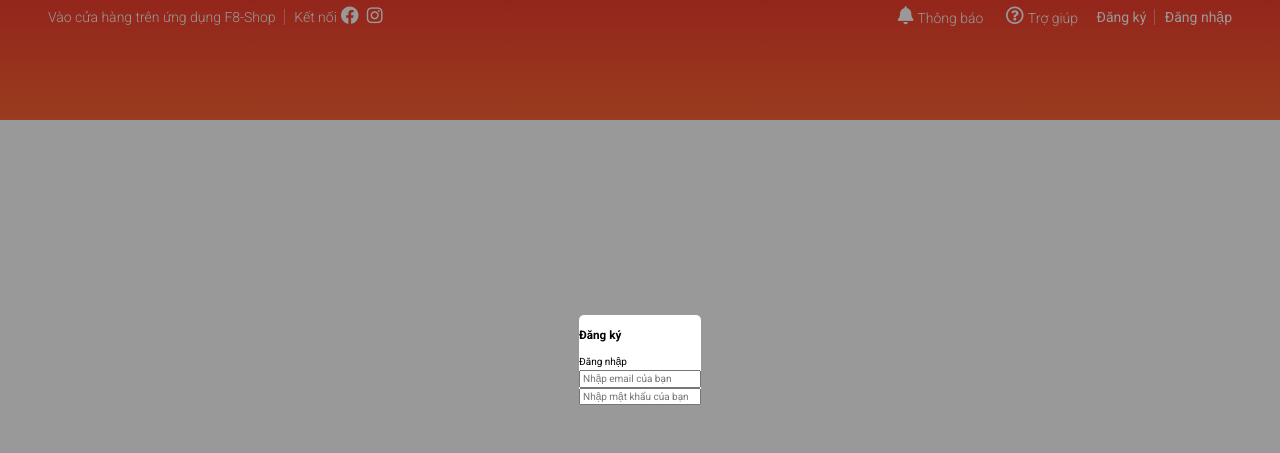
Repository: huynhnhan112/Shopee_Homepage
Page: index.html
An editor plug-in stored every save of this project. The page is shown before and after the next save, followed by the edit.
The browser window is 1280 px wide. The pictures show the whole page.

Above is the page before, as saved 2021-11-19 13:53:19.

### index.html
<!DOCTYPE html>
<html lang="en">

<head>
    <meta charset="UTF-8">
    <meta http-equiv="X-UA-Compatible" content="IE=edge">
    <meta name="viewport" content="width=device-width, initial-scale=1.0">
    <link rel="stylesheet" href="https://cdnjs.cloudflare.com/ajax/libs/normalize/8.0.1/normalize.min.css"
        integrity="sha512-NhSC1YmyruXifcj/KFRWoC561YpHpc5Jtzgvbuzx5VozKpWvQ+4nXhPdFgmx8xqexRcpAglTj9sIBWINXa8x5w=="
        crossorigin="anonymous" referrerpolicy="no-referrer" />
    <link rel="preconnect" href="https://fonts.googleapis.com">
    <link rel="preconnect" href="https://fonts.gstatic.com" crossorigin>
    <link href="https://fonts.googleapis.com/css2?family=Roboto:wght@100;300;400;500;700&display=swap" rel="stylesheet">
    <link rel="stylesheet" href="./assets/fonts/fontawesome-free-5.15.4/fontawesome-free-5.15.4-web/css/all.min.css">
    <link rel="stylesheet" href="./assets/css/base.css">
    <link rel="stylesheet" href="./assets/css/style.css">
    <title>F8 - Shop</title>
</head>

<body>
    <div class="app">
        <header class="header">
            <div class="grid">
                <nav class="header__navbar">
                    <ul class="header__navbar-list">
                        <li class="header__navbar-item header__navbar-item--qr header__navbar-item--separate">Vào cửa hàng trên ứng dụng F8-Shop
                            <div class="header__qr">
                                <img src="./assets/img/qr_code.png" alt="QR code" class="header__qr-img">
                                <div class="header__qr-apps">
                                    <a href="" class="header__qr-link">
                                        <img src="./assets/img/google_play.png" alt="Google Play" class="header__qr-download">
                                    </a>
                                    <a href="" class="header__qr-link">
                                        <img src="./assets/img/app_store.png" alt="App Store" class="header__qr-download">
                                    </a>
                                </div>
                            </div>
                        </li>
                        <li class="header__navbar-item">
                            <span class="header__navbar-title">Kết nối</span>
                            <a href="#" class="header__navbar-icon-link">
                                <i class="header__navbar-icon fab fa-facebook"></i>
                            </a>
                            <a href="#" class="header__navbar-icon-link">
                                <i class="header__navbar-icon fab fa-instagram"></i>
                            </a>
                        </li>
                    </ul>
                    <ul class="header__navbar-list">
                        <li class="header__navbar-item header__navbar-item--show-notify">
                            <a href="#" class="header__navbar-item-link">
                                <i class="header__navbar-icon fas fa-bell"></i>
                                Thông báo
                            </a>
                            <div class="header__notify">
                                <header class="header__notify-header">
                                    <h3>Thông Báo Mới Nhận</h3>
                                </header>
                                <ul class="header__notify-list">
                                    <li class="header__notify-item header__notify-item--viewed">
                                        <a href="" class="header__notify-link">
                                            <img src="https://img.abaha.vn/photos/origin/83-1586781803-myphamohui-lgvina.png" alt="" class="header__notify-img">
                                            <div class="header__notify-info">
                                                <span class="header__notify-name">Ohui chính thức ra mắt dòng son lì mới The First Genture Lipstick</span>
                                                <span class="header__notify-description">Một lần môi căng mềm, quyến rũ với sắc màu nổi bật luôn là điều mà các quý cô ao ước</span>
                                            </div>
                                        </a>
                                    </li>
                                    <li class="header__notify-item header__notify-item--viewed">
                                        <a href="" class="header__notify-link">
                                            <img src="https://img.abaha.vn/photos/origin/83-1586781803-myphamohui-lgvina.png" alt="" class="header__notify-img">
                                            <div class="header__notify-info">
                                                <span class="header__notify-name">Xác thực chính hãng nguồn gốc các sản phẩm Ohui</span>
                                                <span class="header__notify-description">HiddenTag là xác thực hàng chính hãng bằng công nghệ tiên tiến nhất hiện nay</span>
                                            </div>
                                        </a>
                                    </li>
                                    <li class="header__notify-item">
                                        <a href="" class="header__notify-link">
                                            <img src="https://img.abaha.vn/photos/origin/83-1586781803-myphamohui-lgvina.png" alt="" class="header__notify-img">
                                            <div class="header__notify-info">
                                                <span class="header__notify-name">Sale sốc bộ dưỡng Ohui The First tái tạo trả hóa da SALE OFF 70%</span>
                                                <span class="header__notify-description">Giá chỉ còn 375.000(giá gốc 1.250.000 vnđ)</span>
                                            </div>
                                        </a>
                                    </li>
                                </ul>
                                <footer class="header__notify-footer">
                                    <a href="" class="header__notify-footer-btn">Xem tất cả</a>
                                </footer>
                            </div>
                        </li>
                        <li class="header__navbar-item">
                            <a href="#" class="header__navbar-item-link">
                                <i class="header__navbar-icon far fa-question-circle"></i>
                                Trợ giúp
                            </a>
                        </li>
                        <li class="header__navbar-item header__navbar-item--strong header__navbar-item--separate">Đăng
                            ký</li>
                        <li class="header__navbar-item header__navbar-item--strong">Đăng nhập</li>
                    </ul>
                </nav>
            </div>
        </header>

        <div class="container">

        </div>

        <footer class="footer">

        </footer>
    </div>

    <!-- Modal Layout -->
    <div class="modal">
        <div class="modal__overclay"></div>
        <div class="modal__body">
            <div class="modal__inner">

                <!-- Authen form -->
                <div class="auth-form">
                    <div class="auth-form__header">
                        <h3 class="auth-form__heading">Đăng ký</h3>
                        <span class="auth-form__switch-btn">Đăng nhập</span>
                    </div>
                    <div class="auth-form__form">
                        <div class="auth-form__group">
                            <input type="text" class="auth-form__input" placeholder="Nhập email của bạn">
                        </div>
                        <div class="auth-form__group">
                            <input type="text" class="auth-form__input" placeholder="Nhập mật khẩu của bạn">
                        </div>
                    </div>
                </div>
            </div>
        </div>
    </div>
</body>

</html>

### assets/css/base.css
:root{
    --white-color: #fff;
    --black-color: #000;
    --text-color: #333;
    --primary-color: #ee4d2d;
}

*{
    box-sizing: inherit;
}

html{
    font-size: 62.5%;
    line-height: 1.6rem;
    font-family: 'Roboto', sans-serif;
    box-sizing: border-box;
}

.grid{
    width: 1200px;
    max-width: 100%;
    margin: 0 auto;
}

.grid__full_width{
    width: 100%;
}

.gid__row{
    display: flex;
    flex-wrap: wrap;
}

@keyframes fadeIn {
    from{
        opacity: 0;
    }
    to{
        opacity: 1;
    }
}

/* Modal */
.modal{
    position: fixed;
    top: 0;
    left: 0;
    right: 0;
    bottom: 0;
    display: flex;
}

.modal__overclay{
    position: absolute;
    width: 100%;
    height: 100%;
    background-color: rgba(0,0,0,0.4);
}

.modal__body{
    position: relative;
    background-color: var(--white-color);
    margin: auto;
    z-index: 1;
    border-radius: 5px;
}

### assets/css/style.css
.header{
    height: 120px;
    background-image: linear-gradient(0, #fe6433, #f53e2d);
}

.header__navbar{
    display: flex;
    justify-content: space-between;
    min-height: 26px;
}

.header__navbar-list{
    list-style: none;
    padding-left: 0;
    margin-top: 4px;
}

.header__navbar-item{
    margin: 0 8px;
    position: relative;
    min-height: 26px;
}

.header__navbar-item,
.header__navbar-item-link{
    display: inline-block;
    font-size: 1.4rem;
    color: var(--white-color);
    text-decoration: none;
    font-weight: 300;
}

.header__navbar-item,
.header__navbar-item-link,
.header__navbar-icon-link{
    display: inline-flex;
    align-items: center;
}

.header__navbar-item:hover,
.header__navbar-item-link:hover,
.header__navbar-icon-link:hover{
    color: rgba(255,255,255, 0.7);
    cursor: pointer;
}

.header__navbar-item--strong{
    font-weight: 400;
}

.header__navbar-item--separate::after{
    content: '';
    display: block;
    position: absolute;
    border-left: 1px solid #FB9086;
    height: 16px;
    right: -9px;
    top: 50%;
    transform: translateY(-50%);
}

.header__navbar-icon-link{
    color: var(--white-color);
    text-decoration: none;
}

.header__navbar-icon{
    font-size: 1.8rem;
    margin: 0 4px 5px;
}

.header__navbar-title{
    cursor: text;
    color: var(--white-color);
}

/* Header QR Code */
.header__qr{
    background-color: var(--white-color);
    width: 186px;
    position: absolute;
    left: 0;
    top: 160%;
    padding: 8px;
    border-radius: 2px;
    display: none;
    animation: fadeIn ease-in-out 0.3s;
}

.header__qr::before{
    content: '';
    position: absolute;
    display: block;
    width: 100%;
    height: 20px;
    top: -16px;
    left: 0;
}

.header__navbar-item--qr:hover .header__qr{
    display: block;
}

.header__qr-img{
    width: 100%;
}

.header__qr-apps{
    display: flex;
    justify-content: space-between;
}

.header__qr-link:first-child{
    margin-left: 11px;
}

.header__qr-link:last-child{
    margin-right: 11px;
}

.header__qr-download{
    height: 15px;
}

/* Header Notifycation */
.header__notify{
    position: absolute;
    top: 150%;
    right: 0;
    width: 404px;
    border: 1px solid #d3d3d3;
    background-color: var(--white-color);
    cursor: default;
    transform-origin: calc(100% - 20px) top;
    animation: headerNotify ease-in-out 0.3s;
    will-change: opacity, transform;
    display: none;
}

.header__notify::before{
    content: '';
    border: 20px solid;
    border-color: transparent transparent var(--white-color) transparent;
    position: absolute;
    right: 10px;
    top: -29px;
}

.header__notify::after{
    content: '';
    display: block;
    width: 90px;
    height: 20px;
    position: absolute;
    right: 0;
    top: -15px;
}

@keyframes headerNotify {
    from{
        transform: scale(0);
        opacity: 0;
    }
    to{
        transform: scale(1);
        opacity: 1;
    }
}

.header__navbar-item--show-notify:hover .header__notify{
    display: block;
}

.header__notify-header{
    height: 40px;
    background-color: var(--white-color);
}

.header__notify-header h3{
    color: #999;
    margin: 0 0 0 12px;
    font-weight: 400;
    font-size: 1.5rem;
    line-height: 40px;
    user-select: none;
}

.header__notify-list{
    padding-left: 0;
}

.header__notify-item{
    display: flex;
}

.header__notify-item:hover{
    background-color: #f7f7f7;
}

.header__notify-item--viewed{
    background-color: rgba(238,75,43,0.08);
}

.header__notify-link{
    display: flex;
    width: 100%;
    padding: 12px;
    text-decoration: none;
}

.header__notify-img{
    width: 48px;
    object-fit: contain;
}

.header__notify-info{
    margin-left: 1.2rem;
    /* line-height: 2.4rem; */
}

.header__notify-name{
    display: block;
    font-size: 1.4rem;
    color: var(--text-color);
    font-weight: 500;
    line-height: 1.8rem;
}

.header__notify-description{
    display: block;
    font-size: 1.2rem;
    color: #756f6e;
    font-weight: 400;
    margin-top: 0.4rem;
}

.header__notify-footer{
    text-align: center;
}

.header__notify-footer-btn{
    text-decoration: none;
    color: var(--text-color);
    padding: 16px 0;
    width: 100%;
    display: block;
    font-weight: 500;
}

Loaded but not shown: assets/fonts/fontawesome-free-5.15.4/fontawesome-free-5.15.4-web/css/all.min.css (library)

After the next save:
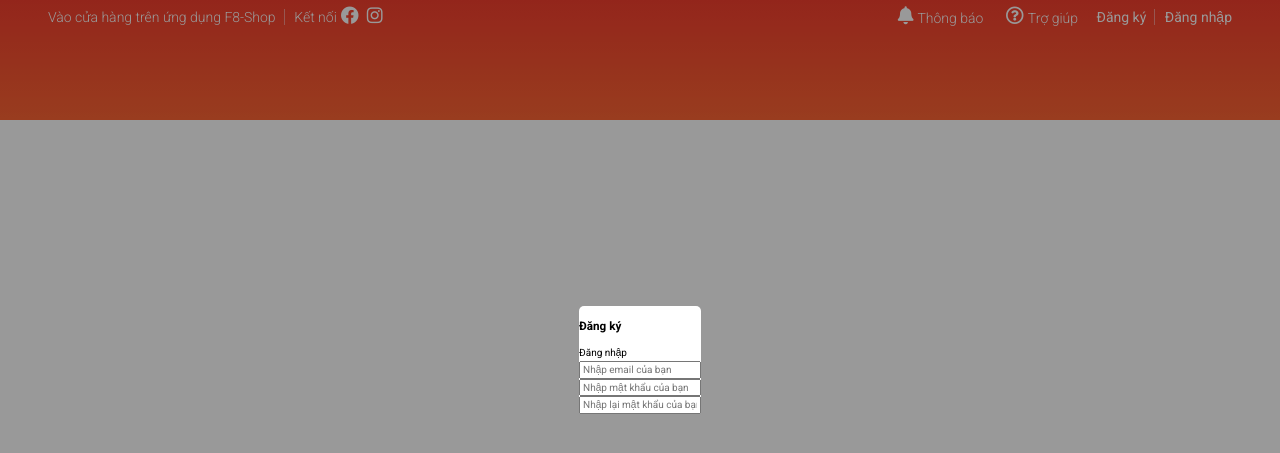
Saved 23 s later.
--- a/index.html
+++ b/index.html
@@ -132,6 +132,9 @@
                         <div class="auth-form__group">
                             <input type="text" class="auth-form__input" placeholder="Nhập mật khẩu của bạn">
                         </div>
+                        <div class="auth-form__group">
+                            <input type="text" class="auth-form__input" placeholder="Nhập lại mật khẩu của bạn">
+                        </div>
                     </div>
                 </div>
             </div>
